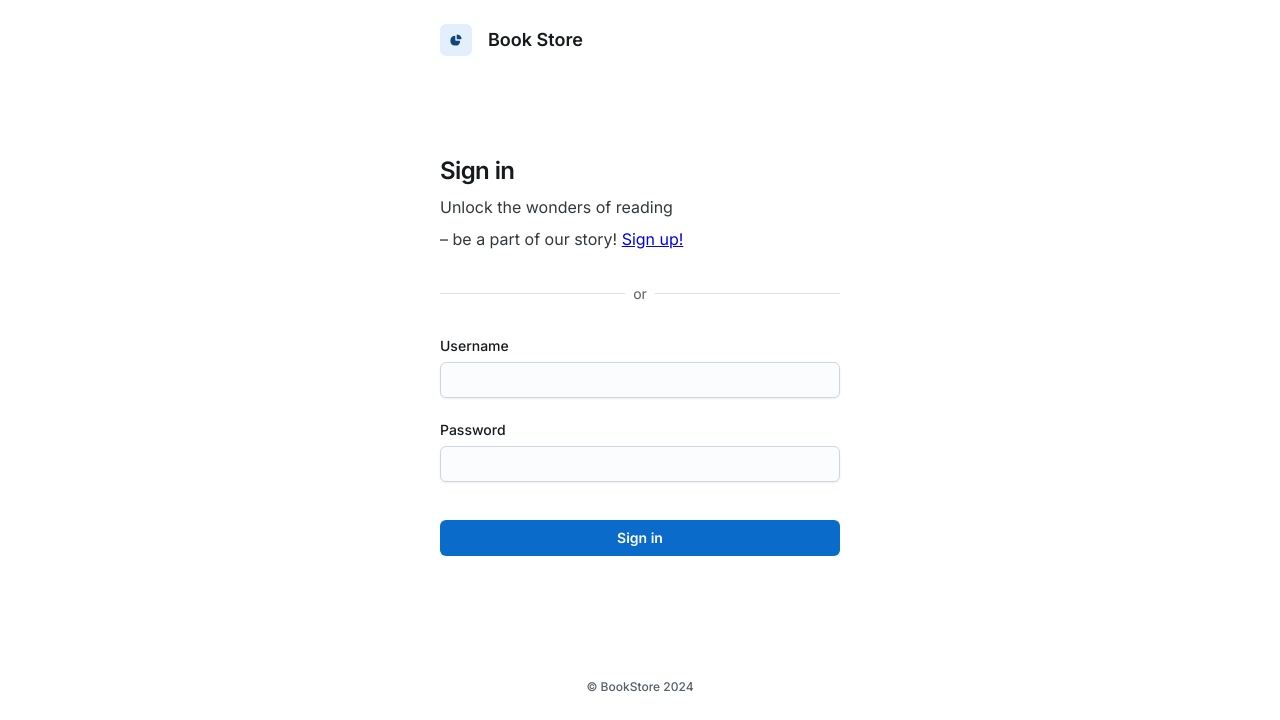
Repository: LaurentiusKevin/bookstore-fe
Page: /auth/login
These files come from the project's save history. The page is drawn as it stood at one moment and after the next save; the edit follows.
The browser window is 1280 px wide. The pictures show the whole page.
The project was rebuilt for these pictures with package versions that can differ from the ones it lists, and the page was loaded fresh each time. The framework's server and built-in components were replaced by stand-ins that run in the browser. Also part of the build but not shown: next.config.mjs.

Above is the page before, as saved 2024-04-07 01:07:11.

### src/app/layout.tsx
import type { Metadata } from "next";
import { Inter } from "next/font/google";
import "@fontsource/inter";
import ThemeRegistry from "@/components/admin/theme-registry";
import { Providers } from "@/providers";
import { ReactNode } from "react";

const inter = Inter({ subsets: ["latin"] });

export const metadata: Metadata = {
  title: "Create Next App",
  description: "Generated by create next app",
};

export default function RootLayout({
  children,
}: Readonly<{
  children: ReactNode;
}>) {
  return (
    <html lang="en">
      <body>
        <ThemeRegistry options={{ key: "joy" }}>
          <Providers>{children}</Providers>
        </ThemeRegistry>
      </body>
    </html>
  );
}

### src/app/auth/login/page.tsx
"use client";

import {
  Box,
  Button,
  Checkbox,
  CssBaseline,
  CssVarsProvider,
  Divider,
  FormControl,
  FormLabel,
  formLabelClasses,
  GlobalStyles,
  IconButton,
  Input,
  Stack,
  Typography,
} from "@mui/joy";
import { HiMiniChartPie } from "react-icons/hi2";
import Link from "next/link";
import { BsGoogle } from "react-icons/bs";
import { useRouter } from "next/navigation";
import { useForm } from "react-hook-form";
import SnackbarCustom from "@/components/snackbar-custom";
import { useState } from "react";
import FormInput, { InputType } from "@/components/form-input";

interface FormData {
  username: string;
  password: string;
}

export default function AuthSignIn() {
  const route = useRouter();
  const [snackbarOpen, setSnackbarOpen] = useState(false);
  const [snackbarColor, setSnackbarColor] = useState("");
  const [snackbarContent, setSnackbarContent] = useState("");

  const {
    register,
    handleSubmit,
    watch,
    setValue,
    resetField,
    formState: { errors },
  } = useForm<FormData>();

  const onSignIn = (data: FormData) => {
    console.log(data);
    // void authMutation.mutate(data);
  };

  return (
    <CssVarsProvider defaultMode="dark" disableTransitionOnChange>
      <CssBaseline />
      <GlobalStyles
        styles={{
          ":root": {
            "--Collapsed-breakpoint": "769px", // form will stretch when viewport is below `769px`
            "--Cover-width": "50vw", // must be `vw` only
            "--Form-maxWidth": "800px",
            "--Transition-duration": "0.4s", // set to `none` to disable transition
          },
        }}
      />
      <Box
        sx={(theme) => ({
          transition: "width var(--Transition-duration)",
          transitionDelay: "calc(var(--Transition-duration) + 0.1s)",
          position: "relative",
          zIndex: 1,
          display: "flex",
          justifyContent: "center",
          backdropFilter: "blur(12px)",
          backgroundColor: "rgba(255 255 255 / 0.2)",
          [theme.getColorSchemeSelector("dark")]: {
            backgroundColor: "rgba(19 19 24 / 0.4)",
          },
        })}
      >
        <Box
          sx={{
            display: "flex",
            flexDirection: "column",
            minHeight: "100dvh",
            maxWidth: "100%",
            px: 2,
          }}
        >
          <Box
            component="header"
            sx={{
              py: 3,
              display: "flex",
              alignItems: "left",
              justifyContent: "space-between",
            }}
          >
            <Box sx={{ gap: 2, display: "flex", alignItems: "center" }}>
              <IconButton variant="soft" color="primary" size="sm">
                <HiMiniChartPie />
              </IconButton>
              <Typography level="title-lg">Book Store</Typography>
            </Box>
            {/*<ColorSchemeToggle />*/}
          </Box>
          <Box
            component="main"
            sx={{
              my: "auto",
              py: 2,
              pb: 5,
              display: "flex",
              flexDirection: "column",
              gap: 2,
              width: 400,
              maxWidth: "100%",
              mx: "auto",
              borderRadius: "sm",
              "& form": {
                display: "flex",
                flexDirection: "column",
                gap: 2,
              },
              [`& .${formLabelClasses.asterisk}`]: {
                visibility: "hidden",
              },
            }}
          >
            <Stack gap={4} sx={{ mb: 2 }}>
              <Stack gap={1}>
                <Typography level="h3">Sign in</Typography>
                <Typography>Unlock the wonders of reading</Typography>
                <Typography>
                  – be a part of our story!{" "}
                  <Link href="#replace-with-a-link">Sign up!</Link>
                </Typography>
              </Stack>
            </Stack>
            <Divider
              sx={(theme) => ({
                [theme.getColorSchemeSelector("light")]: {
                  color: { xs: "#FFF", md: "text.tertiary" },
                  "--Divider-lineColor": {
                    xs: "#FFF",
                    md: "var(--joy-palette-divider)",
                  },
                },
              })}
            >
              or
            </Divider>
            <Stack gap={4} sx={{ mt: 2 }}>
              <form onSubmit={handleSubmit(onSignIn)}>
                <FormInput
                  register={register("username", {
                    required: "Required!",
                  })}
                  label="Username"
                  type={InputType.TEXT_INPUT}
                  error={errors.username}
                />
                <FormInput
                  register={register("password", {
                    required: "Required!",
                  })}
                  label="Password"
                  type={InputType.PASSWORD}
                  error={errors.password}
                />
                <Stack gap={4} sx={{ mt: 2 }}>
                  <Button type="submit" fullWidth>
                    Sign in
                  </Button>
                </Stack>
              </form>
            </Stack>
          </Box>
          <Box component="footer" sx={{ py: 3 }}>
            <Typography level="body-xs" textAlign="center">
              © BookStore {new Date().getFullYear()}
            </Typography>
          </Box>
        </Box>
      </Box>
      <SnackbarCustom
        autoHideDuration={5000}
        variant="soft"
        onClose={() => setSnackbarOpen(false)}
        open={snackbarOpen}
      >
        {snackbarContent}
      </SnackbarCustom>
    </CssVarsProvider>
  );
}

### src/components/admin/theme-registry.tsx
"use client";
import createCache from "@emotion/cache";
import { useServerInsertedHTML } from "next/navigation";
import { CacheProvider } from "@emotion/react";
import { CssVarsProvider } from "@mui/joy/styles";
import CssBaseline from "@mui/joy/CssBaseline";
import * as React from "react";
import { ReactNode } from "react";

// This implementation is from emotion-js
// https://github.com/emotion-js/emotion/issues/2928#issuecomment-1319747902
export default function ThemeRegistry(props: {
  options: { key: string };
  children: ReactNode;
}) {
  const { options, children } = props;

  const [{ cache, flush }] = React.useState(() => {
    const cache = createCache(options);
    cache.compat = true;
    const prevInsert = cache.insert;
    let inserted: string[] = [];
    cache.insert = (...args) => {
      const serialized = args[1];
      if (cache.inserted[serialized.name] === undefined) {
        inserted.push(serialized.name);
      }
      return prevInsert(...args);
    };
    const flush = () => {
      const prevInserted = inserted;
      inserted = [];
      return prevInserted;
    };
    return { cache, flush };
  });

  useServerInsertedHTML(() => {
    const names = flush();
    if (names.length === 0) {
      return null;
    }
    let styles = "";
    for (const name of names) {
      styles += cache.inserted[name];
    }
    return (
      <style
        key={cache.key}
        data-emotion={`${cache.key} ${names.join(" ")}`}
        dangerouslySetInnerHTML={{
          __html: styles,
        }}
      />
    );
  });

  return (
    <CacheProvider value={cache}>
      <CssVarsProvider>
        {/* the custom theme is optional */}
        <CssBaseline />
        {children}
      </CssVarsProvider>
    </CacheProvider>
  );
}

### src/providers.tsx
"use client";

import React, { ReactNode } from "react";

export function Providers({ children }: { children: ReactNode }) {
  return <>{children}</>;
}

### src/components/snackbar-custom.tsx
import { Snackbar, SnackbarProps } from "@mui/joy";
import { UseSnackbarParameters } from "@mui/base";
import { ReactNode } from "react";

interface SnackbarCustomInterface extends UseSnackbarParameters {
  children: ReactNode;
}

export default function SnackbarCustom({
  autoHideDuration,
  open,
  onClose,
  color,
  variant,
  children,
}: SnackbarCustomInterface & SnackbarProps) {
  return (
    <Snackbar
      autoHideDuration={autoHideDuration}
      open={open}
      onClose={onClose}
      color={color}
      variant={variant}
    >
      {children}
    </Snackbar>
  );
}

### src/components/form-input.tsx
import { FormControl, FormLabel, Input, Option, Select } from "@mui/joy";
import Textarea from "@mui/joy/Textarea";
import React, { ChangeEvent } from "react";
import FormHelperText from "@mui/joy/FormHelperText";
import { NumericFormat } from "react-number-format";
import { Control, Controller, FieldValue } from "react-hook-form";

export enum InputType {
  TEXT_AREA,
  DATE_INPUT,
  NUMERIC,
  TEXT_INPUT,
  SELECT,
  PASSWORD,
}

export default function FormInput({
  label,
  type,
  register,
  error,
  endDecorator,
  control,
  children,
  defaultValue,
}: Readonly<{
  label: string;
  type: InputType;
  register?: any;
  error?: any;
  endDecorator?: any;
  value?: string;
  onChange?: (newValue: ChangeEvent) => void;
  control?: Control<FieldValue<any>>;
  children?: any;
  defaultValue?: any;
}>) {
  return (
    <FormControl error={error?.message !== undefined}>
      <FormLabel>{label}</FormLabel>
      {type === InputType.TEXT_INPUT && (
        <Input
          {...register}
          endDecorator={endDecorator}
          // value={value}
        />
      )}
      {type === InputType.PASSWORD && (
        <Input
          {...register}
          endDecorator={endDecorator}
          type="password"
          // value={value}
        />
      )}
      {type === InputType.TEXT_AREA && (
        <Controller
          control={control}
          name={register.name}
          render={({ field: { onChange, name, value } }) => (
            <Textarea
              {...register}
              minRows={3}
              value={value}
              onChange={(event) => onChange(event.currentTarget.value)}
            />
            // <NumericFormat
            //   customInput={Input}
            //   prefix="Rp "
            //   decimalSeparator=","
            //   thousandSeparator="."
            //   name={name}
            //   value={value}
            //   onValueChange={(item) => onChange(item.value)}
            // />
          )}
        />
      )}
      {type === InputType.DATE_INPUT && (
        <Input
          {...register}
          type="date"
          // value={value}
          // onChange={(newValue) => setValue(newValue.currentTarget.value ?? "")}
        />
      )}
      {type === InputType.SELECT && <Select {...register}>{children}</Select>}
      {type === InputType.NUMERIC && (
        <Controller
          control={control}
          name={register.name}
          defaultValue={defaultValue}
          render={({ field: { onChange, name, value } }) => (
            <NumericFormat
              customInput={Input}
              prefix="Rp "
              decimalSeparator=","
              thousandSeparator="."
              name={name}
              value={value}
              onValueChange={(item) => onChange(item.value)}
            />
          )}
        />
      )}
      <FormHelperText>{error?.message}</FormHelperText>
    </FormControl>
  );
}

After the next save:
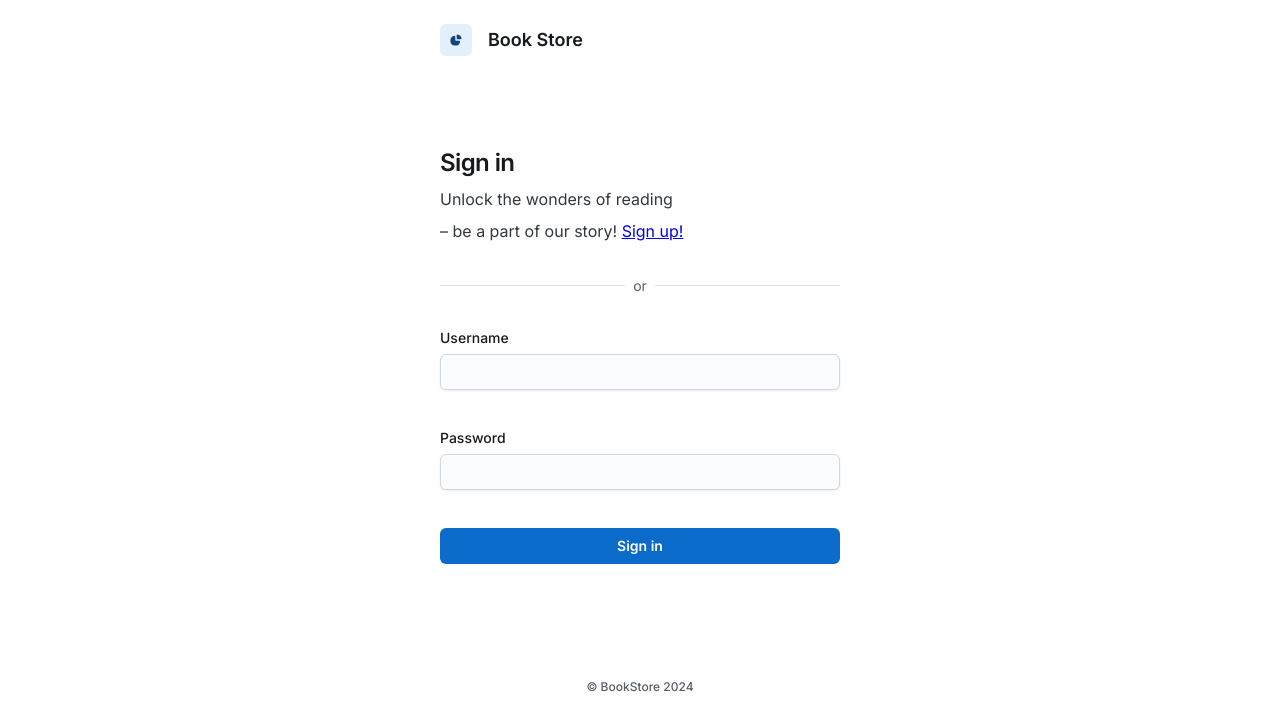
Saved 2 min 4 s later.
--- a/src/app/auth/login/page.tsx
+++ b/src/app/auth/login/page.tsx
@@ -160,6 +160,7 @@
                   type={InputType.TEXT_INPUT}
                   error={errors.username}
                 />
+                <Typography>{errors.username?.message}</Typography>
                 <FormInput
                   register={register("password", {
                     required: "Required!",

After the save that followed:
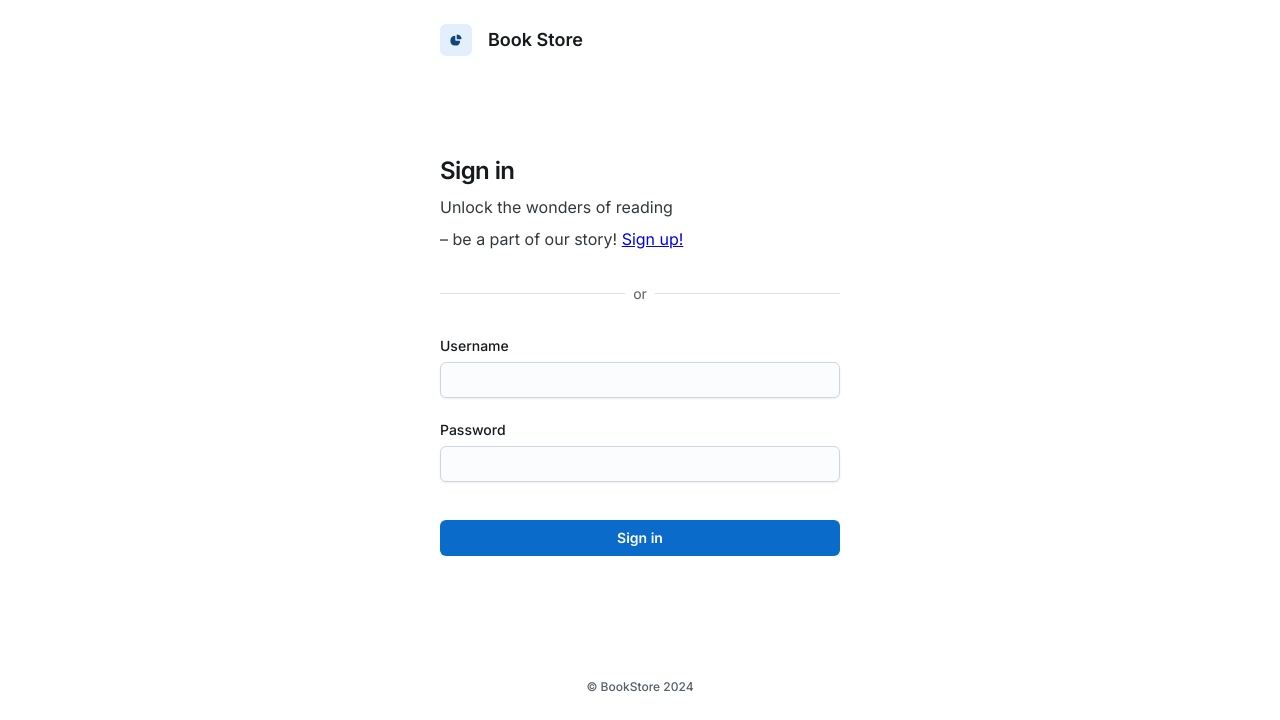
Saved 30 s later.
--- a/src/app/auth/login/page.tsx
+++ b/src/app/auth/login/page.tsx
@@ -160,7 +160,6 @@
                   type={InputType.TEXT_INPUT}
                   error={errors.username}
                 />
-                <Typography>{errors.username?.message}</Typography>
                 <FormInput
                   register={register("password", {
                     required: "Required!",
